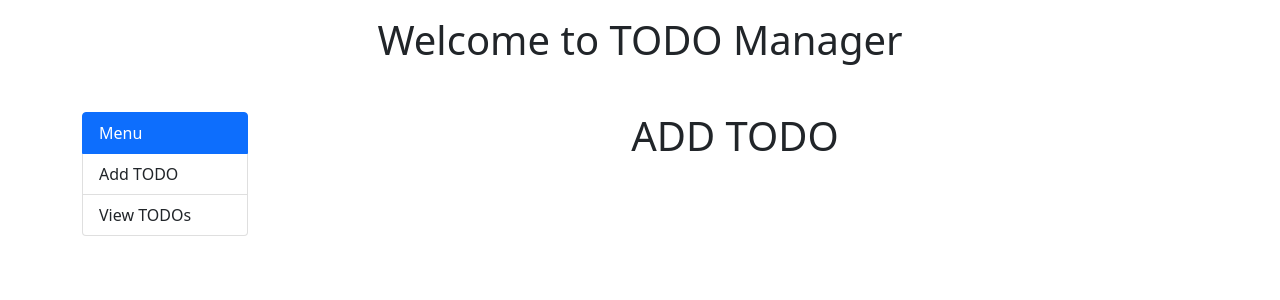
Repository: Tanmoy4672/Hibernate
Page: http://localhost/SpringMVCProject/add
These files come from the project's save history. The page is drawn as it stood at one moment and after a run of saves; the edit follows.
The browser window is 1280 px wide. The pictures show the whole page.
The page is served by Tomcat 9. Other server files are loaded and not shown.

Above is the page before, as saved 2021-12-20 00:03:01.

### SpringMVCProject/src/main/webapp/WEB-INF/pages/home.jsp
<%@ page language="java" contentType="text/html; charset=ISO-8859-1"
	pageEncoding="ISO-8859-1"%>

<%@ taglib prefix="form" uri="http://www.springframework.org/tags/form"%>
<%@ taglib uri="http://java.sun.com/jsp/jstl/core" prefix="c"%>
<%@page isELIgnored="false"%>
<!doctype html>
<html lang="en">
<head>
<!-- Required meta tags -->
<meta charset="utf-8">
<meta name="viewport" content="width=device-width, initial-scale=1">

<!-- Bootstrap CSS -->
<link
	href="https://cdn.jsdelivr.net/npm/bootstrap@5.0.2/dist/css/bootstrap.min.css"
	rel="stylesheet"
	integrity="sha384-EVSTQN3/azprG1Anm3QDgpJLIm9Nao0Yz1ztcQTwFspd3yD65VohhpuuCOmLASjC"
	crossorigin="anonymous">

<title><c:out value="${page }"></c:out></title>
</head>
<body>
	<div class="container mt-3">
		<h1 class="text-center">Welcome to TODO Manager</h1>
		<div class="row mt-5">

			<div class="col-md-2">
				<div class="list-group">
					<button type="button"
						class="list-group-item list-group-item-action active"
						aria-current="true">Menu</button>
					<a href="<c:url value='/add'></c:url>"
						class="list-group-item list-group-item-action">Add TODO</a> <a
						href="<c:url value='/home'></c:url>"
						class="list-group-item list-group-item-action">View TODOs</a>
				</div>
			</div>
			<div class="col-md-10">
				<c:if test="${page=='home' }">
					<h1 class="text-center">All TODOS</h1>
				</c:if>
				<c:if test="${page=='add' }">
					<h1 class="text-center">ADD TODO</h1>

                    <form:form action="/saveTodo" method="POST"></form:form>
				</c:if>


			</div>
		</div>
	</div>


















	<!-- Optional JavaScript; choose one of the two! -->

	<!-- Option 1: Bootstrap Bundle with Popper -->
	<script
		src="https://cdn.jsdelivr.net/npm/bootstrap@5.0.2/dist/js/bootstrap.bundle.min.js"
		integrity="sha384-MrcW6ZMFYlzcLA8Nl+NtUVF0sA7MsXsP1UyJoMp4YLEuNSfAP+JcXn/tWtIaxVXM"
		crossorigin="anonymous"></script>

	<!-- Option 2: Separate Popper and Bootstrap JS -->

	<script
		src="https://cdn.jsdelivr.net/npm/@popperjs/core@2.9.2/dist/umd/popper.min.js"
		integrity="sha384-IQsoLXl5PILFhosVNubq5LC7Qb9DXgDA9i+tQ8Zj3iwWAwPtgFTxbJ8NT4GN1R8p"
		crossorigin="anonymous"></script>
	<script
		src="https://cdn.jsdelivr.net/npm/bootstrap@5.0.2/dist/js/bootstrap.min.js"
		integrity="sha384-cVKIPhGWiC2Al4u+LWgxfKTRIcfu0JTxR+EQDz/bgldoEyl4H0zUF0QKbrJ0EcQF"
		crossorigin="anonymous"></script>

</body>
</html>

### SpringMVCProject/src/main/java/com/entities/Todo.java
package com.entities;

import java.util.Date;

public class Todo {

	private String todoTitle;
	private String todoContent;
	private Date todoDate;


	public Todo(String todoTitle, String todoContent, Date todoDate) {
		super();
		this.todoTitle = todoTitle;
		this.todoContent = todoContent;
		this.todoDate = todoDate;
	}




	public Todo() {
		super();
		// TODO Auto-generated constructor stub
	}




	public String getTodoTitle() {
		return todoTitle;
	}


	public void setTodoTitle(String todoTitle) {
		this.todoTitle = todoTitle;
	}


	public String getTodoContent() {
		return todoContent;
	}


	public void setTodoContent(String todoContent) {
		this.todoContent = todoContent;
	}


	public Date getTodoDate() {
		return todoDate;
	}


	public void setTodoDate(Date todoDate) {
		this.todoDate = todoDate;
	}


	@Override
	public String toString() {
		// TODO Auto-generated method stub
		return this.getTodoTitle()+":"+this.todoContent;
	}


}

After the next 3 saves:
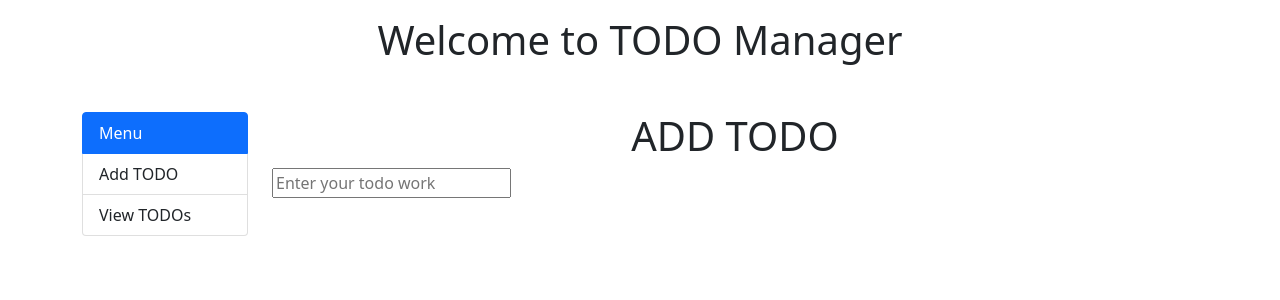
The 3 saves are shown as one change because 2 did not build or start.
The last was saved 3 min 48 s later.
--- a/SpringMVCProject/src/main/webapp/WEB-INF/pages/home.jsp
+++ b/SpringMVCProject/src/main/webapp/WEB-INF/pages/home.jsp
@@ -43,7 +43,12 @@
 				<c:if test="${page=='add' }">
 					<h1 class="text-center">ADD TODO</h1>
 
-                    <form:form action="/saveTodo" method="POST"></form:form>
+					<form:form action="/saveTodo" method="POST" modelAttribute="todo">
+						<div class="form-group">
+							<form:input path="todoTitle" cssClass="from-control"
+								placeholder="Enter your todo work" />
+						</div>
+					</form:form>
 				</c:if>
 
 
